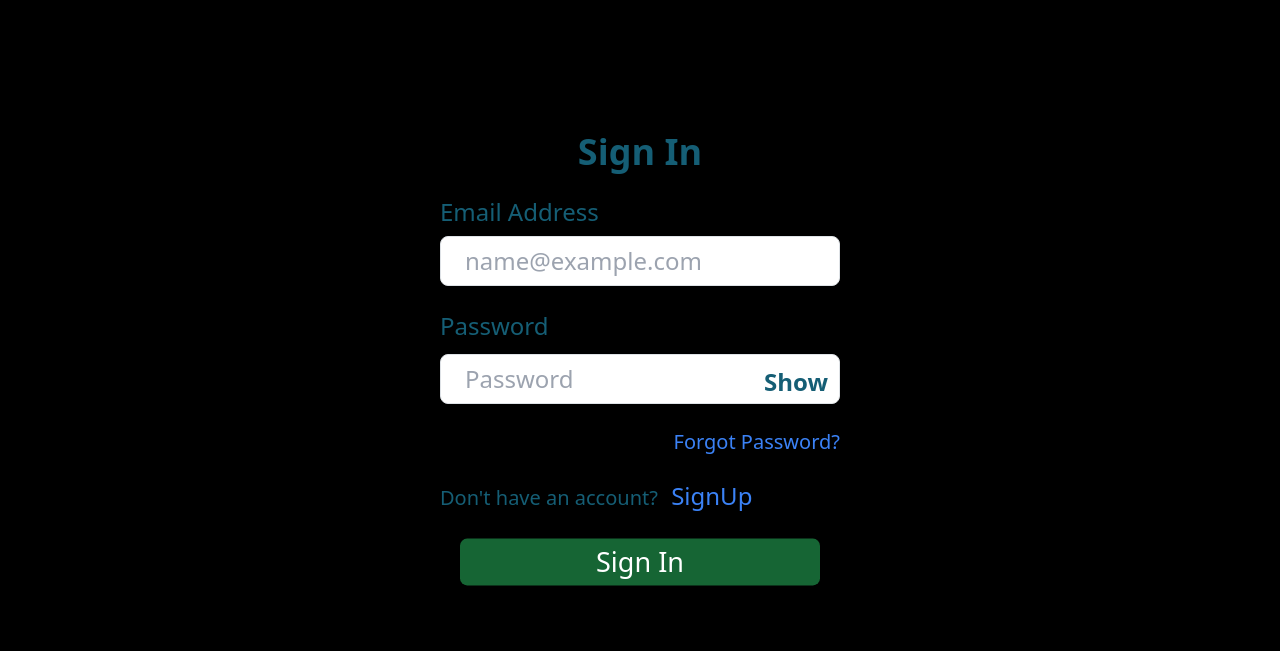
Repository: sayyad-mukthumsa-123/Movie-Verse
Page: /login (app in frontend/)
These files come from the project's save history. The page is drawn as it stood at one moment and after the next save; the edit follows.
The browser window is 1280 px wide. The pictures show the whole page.
The page's requests for data from a server got no answer. The project was rebuilt for these pictures with package versions that can differ from the ones it lists, and the page was loaded fresh each time. No one was signed in, and anything a server would have sent is missing. Also part of the build but not shown: frontend/src/pages/Welcome.jsx, frontend/src/components/Logout.jsx, frontend/src/components/Navbar.jsx, frontend/src/components/Cards.jsx, frontend/src/pages/Home.jsx, frontend/src/components/AvatarSelection.jsx, frontend/src/pages/SignUp.jsx, frontend/src/pages/MovieRecommendations.jsx and 17 more.

Above is the page before, as saved 2025-02-18 22:26:30.

### frontend/public/index.html
<!DOCTYPE html>
<html lang="en">

<head>
  <meta charset="utf-8" />
  <link rel="icon" href="%PUBLIC_URL%/favicon.ico" />
  <meta name="viewport" content="width=device-width, initial-scale=1" />
  <meta name="theme-color" content="#000000" />
  <meta name="description" content="Web site created using create-react-app" />
  <link rel="apple-touch-icon" href="%PUBLIC_URL%/logo192.png" />
  <!--
      manifest.json provides metadata used when your web app is installed on a
      user's mobile device or desktop. See https://developers.google.com/web/fundamentals/web-app-manifest/
    -->
  <link rel="manifest" href="%PUBLIC_URL%/manifest.json" />
  <link rel="stylesheet" href="https://cdn.jsdelivr.net/npm/bootstrap@5.3.2/dist/css/bootstrap.min.css"
    integrity="sha384-T3c6CoIi6uLrA9TneNEoa7RxnatzjcDSCmG1MXxSR1GAsXEV/Dwwykc2MPK8M2HN" crossorigin="anonymous" />
  <!--
      Notice the use of %PUBLIC_URL% in the tags above.
      It will be replaced with the URL of the `public` folder during the build.
      Only files inside the `public` folder can be referenced from the HTML.

      Unlike "/favicon.ico" or "favicon.ico", "%PUBLIC_URL%/favicon.ico" will
      work correctly both with client-side routing and a non-root public URL.
      Learn how to configure a non-root public URL by running `npm run build`.
    -->
  <title>MovieVerse</title>
</head>

<body>
  <noscript>You need to enable JavaScript to run this app.</noscript>
  <div id="root"></div>
  <!--
      This HTML file is a template.
      If you open it directly in the browser, you will see an empty page.

      You can add webfonts, meta tags, or analytics to this file.
      The build step will place the bundled scripts into the <body> tag.

      To begin the development, run `npm start` or `yarn start`.
      To create a production bundle, use `npm run build` or `yarn build`.
    -->
</body>

</html>

### frontend/src/index.css
/* body {
  margin: 0;
  font-family: -apple-system, BlinkMacSystemFont, 'Segoe UI', 'Roboto', 'Oxygen',
    'Ubuntu', 'Cantarell', 'Fira Sans', 'Droid Sans', 'Helvetica Neue',
    sans-serif;
  -webkit-font-smoothing: antialiased;
  -moz-osx-font-smoothing: grayscale;
}

code {
  font-family: source-code-pro, Menlo, Monaco, Consolas, 'Courier New',
    monospace;
} */


/* @tailwind base;
@tailwind components;
@tailwind utilities; */


/* @import "tailwindcss/base";
@import "tailwindcss/components";
@import "tailwindcss/utilities"; */


/* src/index.css */
@tailwind base;
@tailwind components;
@tailwind utilities;

### frontend/src/App.js
import { BrowserRouter, Route, Routes } from "react-router-dom";
import Welcome from "./pages/Welcome";
import Home from "./pages/Home";
import SignIn from "./pages/SignIn";
import SignUp from "./pages/SignUp";
import Details from "./pages/MovieDetail";
import MovieSearch from "./pages/MovieSearch";
import PopularMovies from "./pages/PopularMovies";
import TrendingMovies from "./pages/TrendingMovies";
import DirectorSearch from "./pages/DirectorSearch";
import HeroSearch from "./pages/HeroSearch";
import HeroineSearch from "./pages/HeroineSearch";
import Search from "./pages/Search";
import GenreSearch from "./pages/GenreSearch";
import LangSearch from "./pages/LangSearch";
import ProtectedRoute from "./components/ProtectedRoute"; // Import ProtectedRoute
import ProfilePage from "./pages/ProfilePage"; // ProfilePage component
import UpdateProfile from "./pages/UpdateProfile";
import ResetPassword from "./components/ResetPassword";
import ReviewRating from "./pages/ReviewRating";
import ContactUs from "./pages/ContactUs";
import MovieDetail from "./pages/MovieDetail";


const App = () => {
  return (
    <div className="App">

      <BrowserRouter>
        <Routes>

          <Route path="/" element={<Welcome />} />
          <Route path="/register" element={<SignUp />} />
          <Route path="/login" element={<SignIn />} />


          <Route
            path="/home_login"
            element={
              <ProtectedRoute>
                <Home />
              </ProtectedRoute>
            }
          />
          <Route
            path="/details"
            element={
              <ProtectedRoute>
                <Details />
              </ProtectedRoute>
            }
          />
          <Route
            path="/popular"
            element={
              <ProtectedRoute>
                <PopularMovies />
              </ProtectedRoute>
            }
          />
          <Route
            path="/trending"
            element={
              <ProtectedRoute>
                <TrendingMovies />
              </ProtectedRoute>
            }
          />
          <Route
            path="/search/movie"
            element={
              <ProtectedRoute>
                <MovieSearch />
              </ProtectedRoute>
            }
          />
          <Route
            path="/search/director"
            element={
              <ProtectedRoute>
                <DirectorSearch />
              </ProtectedRoute>
            }
          />
          <Route
            path="/search/hero"
            element={
              <ProtectedRoute>
                <HeroSearch />
              </ProtectedRoute>
            }
          />
          <Route
            path="/search/heroine"
            element={
              <ProtectedRoute>
                <HeroineSearch />
              </ProtectedRoute>
            }
          />
          <Route
            path="/search/genre"
            element={
              <ProtectedRoute>
                <GenreSearch />
              </ProtectedRoute>
            }
          />
          <Route
            path="/search/lang"
            element={
              <ProtectedRoute>
                <LangSearch />
              </ProtectedRoute>
            }
          />
          <Route
            path="/search"
            element={
              <ProtectedRoute>
                <Search />
              </ProtectedRoute>
            }
          />
          <Route
            path="/movie/:id"
            element={
              <ProtectedRoute>
                <Details />
              </ProtectedRoute>
            }
          />
          <Route path="api/profile/:email" element={
            <ProtectedRoute>
              <ProfilePage />
            </ProtectedRoute>}
          />
          <Route path="/update-profile/:email" element={
            <ProtectedRoute>
              <UpdateProfile />
            </ProtectedRoute>}
          />
          <Route path="/profile/:email" element={
            <ProtectedRoute><ProfilePage />
            </ProtectedRoute>} />
          <Route path="/reset-password/:email" element={

            <ResetPassword />

          }
          />


          {/* Movie review and rating route */}

          <Route path="/movie/:movieId/review-rating" element={
            <ProtectedRoute><ReviewRating />
            </ProtectedRoute>} />



          <Route path="/contact" element={
            <ProtectedRoute><ContactUs />
            </ProtectedRoute>} />

        </Routes>

      </BrowserRouter>
    </div>
  );
};

export default App;

### frontend/src/pages/SignIn.jsx
import React, { useEffect, useState } from "react";
import { Link, useNavigate } from "react-router-dom";
import { ToastContainer, toast } from "react-toastify";
import "react-toastify/dist/ReactToastify.css";

const SignIn = () => {
  const [email, setEmail] = useState("");
  const [password, setPassword] = useState("");
  const [passwordVisible, setPasswordVisible] = useState(false);
  const navigate = useNavigate();

  useEffect(() => {
    const token = localStorage.getItem("token");
    if (token) {
      navigate("/home_login"); // Redirect if already logged in
    }
  }, [navigate]);

  const togglePasswordVisibility = () => {
    setPasswordVisible(!passwordVisible);
  };

  const handleSubmit = async (event) => {
    event.preventDefault();

    if (!email || !password) {
      toast.error("Please fill in all fields.");
      return;
    }

    if (!/\S+@\S+\.\S+/.test(email)) {
      toast.error("Please provide a valid email.");
      return;
    }

    try {
      const response = await fetch("http://localhost:5000/login", {
        method: "POST",
        headers: {
          "Content-Type": "application/json",
        },
        body: JSON.stringify({ Email: email, Password: password }),
      });

      const data = await response.json();

      if (response.ok) {
        localStorage.setItem("token", data.token);
        localStorage.setItem("email", email); // Store email after successful sign-in
        toast.success("Sign in successful!");
        setTimeout(() => {
          navigate("/home_login");
        }, 2000);

      } else {
        toast.error(data.msg || "Invalid email or password.");
      }
    } catch (error) {
      toast.error("An error occurred. Please try again later.");
      console.error("Error:", error);
    }
  };

  const handleForgotPassword = () => {
    if (!email) {
      toast.error("Please enter your email to reset the password.");
      return;
    }
    navigate(`/reset-password/${email}`);
  };

  return (
    <div className="flex items-center justify-center min-h-screen bg-black">
      <div className="w-full max-w-md bg-whi rounded-lg shadow-md p-6">
        <h1 className="text-4xl font-bold text-cyan-800 text-center mb-6">Sign In</h1>
        <form onSubmit={handleSubmit}>
          <div className="mb-4">
            <label htmlFor="email" className="block text-2xl mb-2 font-medium text-cyan-800">
              Email Address
            </label>
            <input
              type="email"
              id="email"
              className="w-full px-4 py-2 border rounded-lg focus:outline-none focus:ring focus:ring-cyan-800 text-2xl"
              placeholder="name@example.com"
              value={email}
              onChange={(e) => setEmail(e.target.value)}
            />
          </div>
          <div className="mb-4 relative">
            <label htmlFor="password" className="block  mb-2 font-medium text-cyan-800 text-2xl">
              Password
            </label>
            <input
              type={passwordVisible ? "text" : "password"}
              id="password"
              className="mt-1 w-full px-4 py-2 border rounded-lg focus:outline-none focus:ring focus:ring-cyan-800 text-2xl"
              placeholder="Password"
              value={password}
              onChange={(e) => setPassword(e.target.value)}
            />
            <button
              type="button"
              className="absolute top-14 right-3 text-2xl font-semibold text-cyan-800 focus:outline-none"
              onClick={togglePasswordVisibility}
            >
              {passwordVisible ? "Hide" : "Show"}
            </button>
          </div>
          <div className="text-sm text-right mb-4">
            <button
              type="button"
              className="text-blue-500 text-xl hover:underline focus:outline-none hover:scale-105 transition-transform"
              onClick={handleForgotPassword}
            >
              Forgot Password?
            </button>
          </div>
          <div className="text-xl mb-4 text-cyan-800">
            Don't have an account?{" "}
            <Link to="/register" className="inline-block mx-2 text-blue-500 hover:underline hover:scale-105 transition-transform text-2xl">
              SignUp
            </Link>
          </div>
          <button
            type="submit"
            className="w-full scale-90 bg-green-800 text-3xl text-white py-2 px-4 rounded-lg hover:bg-green-700 focus:outline-none hover:scale-100 transition-transform"
          >
            Sign In
          </button>
        </form>
      </div>
      <ToastContainer />
    </div>
  );
};

export default SignIn;

### frontend/tailwind.config.js
module.exports = {
  content: [
    "./src/**/*.{js,jsx,ts,tsx}", // Include all source files in the frontend
  ],
  theme: {
    extend: {},
  },
  plugins: [],
};

Loaded but not shown: frontend/src/index.js (common file); frontend/src/reportWebVitals.js (common file)

After the next save:
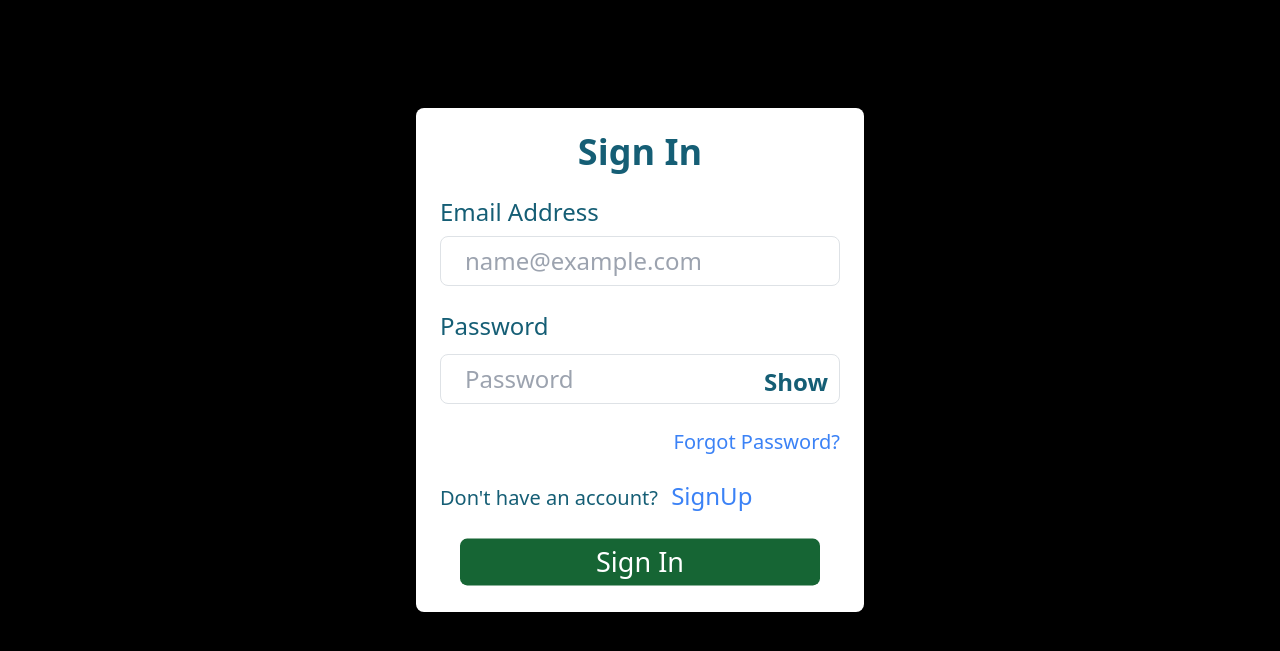
Saved 17 s later.
--- a/frontend/src/pages/SignIn.jsx
+++ b/frontend/src/pages/SignIn.jsx
@@ -71,7 +71,7 @@
 
   return (
     <div className="flex items-center justify-center min-h-screen bg-black">
-      <div className="w-full max-w-md bg-whi rounded-lg shadow-md p-6">
+      <div className="w-full max-w-md bg-white rounded-lg shadow-md p-6">
         <h1 className="text-4xl font-bold text-cyan-800 text-center mb-6">Sign In</h1>
         <form onSubmit={handleSubmit}>
           <div className="mb-4">

After the save that followed:
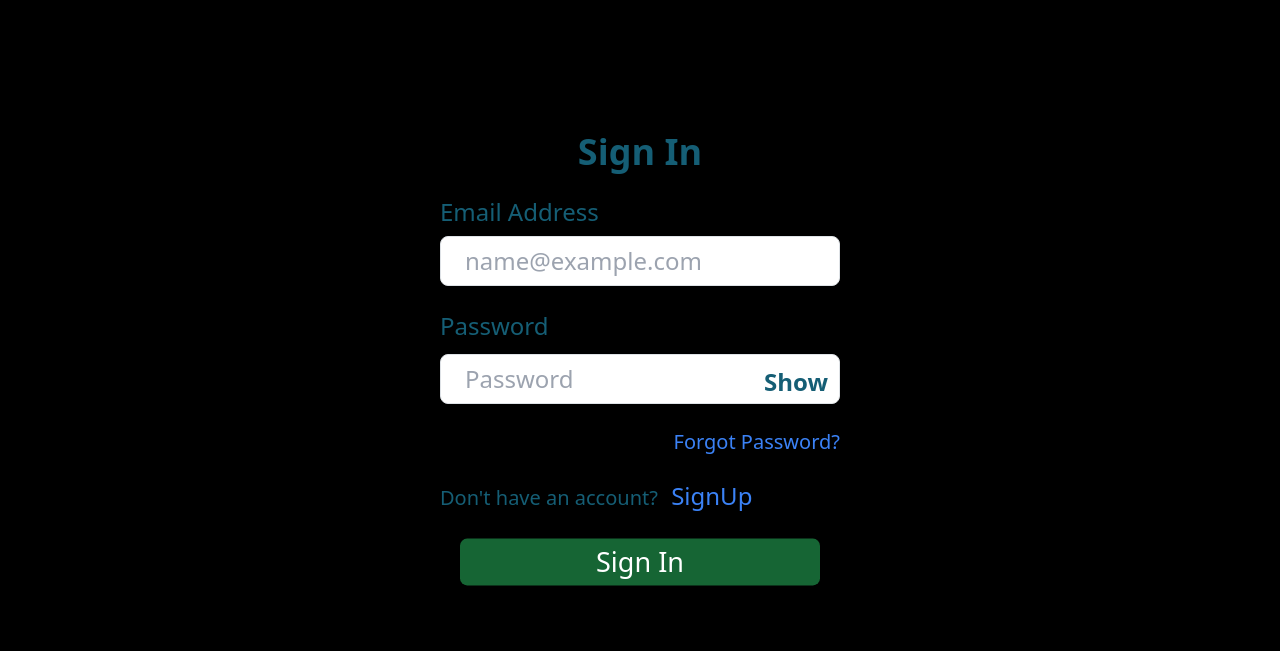
Saved 31 s later.
--- a/frontend/src/pages/SignIn.jsx
+++ b/frontend/src/pages/SignIn.jsx
@@ -71,7 +71,7 @@
 
   return (
     <div className="flex items-center justify-center min-h-screen bg-black">
-      <div className="w-full max-w-md bg-white rounded-lg shadow-md p-6">
+      <div className="w-full max-w-md bg-black rounded-lg shadow-md p-6">
         <h1 className="text-4xl font-bold text-cyan-800 text-center mb-6">Sign In</h1>
         <form onSubmit={handleSubmit}>
           <div className="mb-4">
